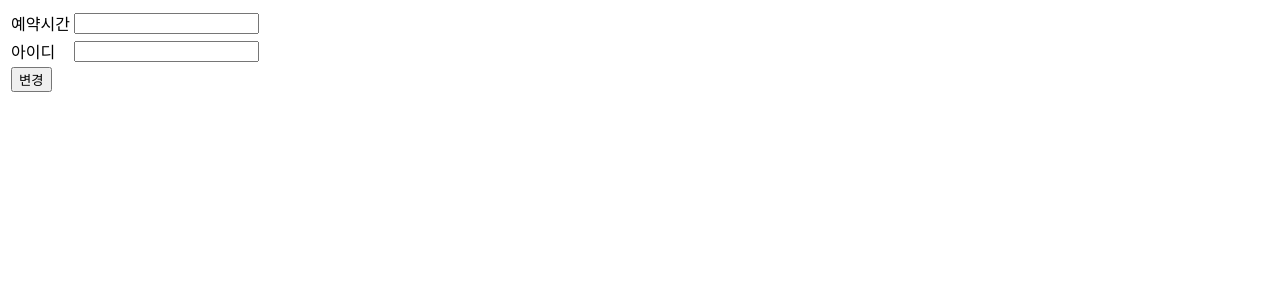
Repository: khs220507/WebClass
Page: http://localhost/prj0829/updateForm.jsp
The author's editor kept a copy of each file at every save. The page is drawn from the files as they stood at one save, then again after the next save.
The browser window is 1280 px wide. The pictures show the whole page.
The page is served by Tomcat 9. Queries for data that is not in the repository find no rows.

Above is the page before, as saved 2023-08-29 06:22:58.

After the next save:
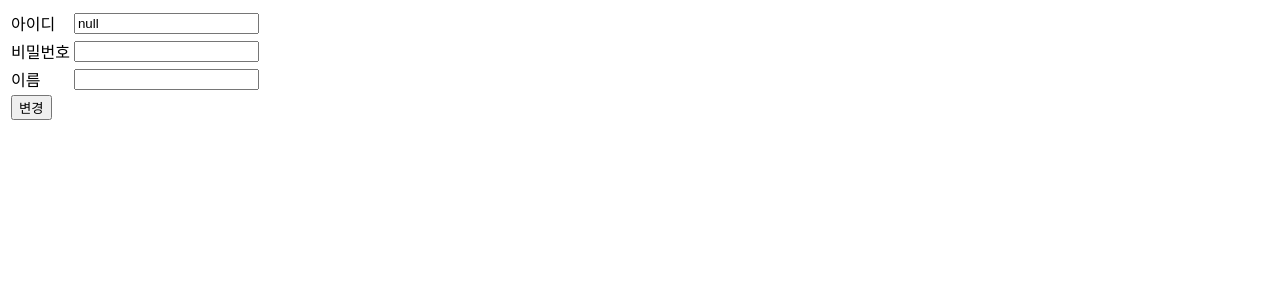
Saved 87 s later.
--- a/prj0829/src/main/webapp/updateForm.jsp
+++ b/prj0829/src/main/webapp/updateForm.jsp
@@ -60,12 +60,17 @@ finally{ //자원의 반납
 	<form name="frm" action="update_action.jsp" method="post">
 		<table>
 			<tr>
-				<td>예약시간</td>
+				<td>아이디</td>
 				<td><input type="text" name="userid"></td>
 			</tr>
 			<tr>
-				<td>아이디</td>
-				<td><input type="text" readonly="readonly" name="userid"></td>
+				<td>비밀번호</td>
+				<td><input type="text" readonly="readonly" name="userpw"></td>
+			</tr>
+
+			<tr>
+				<td>이름</td>
+				<td><input type="text"  name="username"></td>
 			</tr>
 
 			<tr>
@@ -81,6 +86,7 @@ alert(frm);
 alert("아무거나");
 frm.userid.value="<%=userid%>";
 
+
 </script>
 </body>
 </html>
